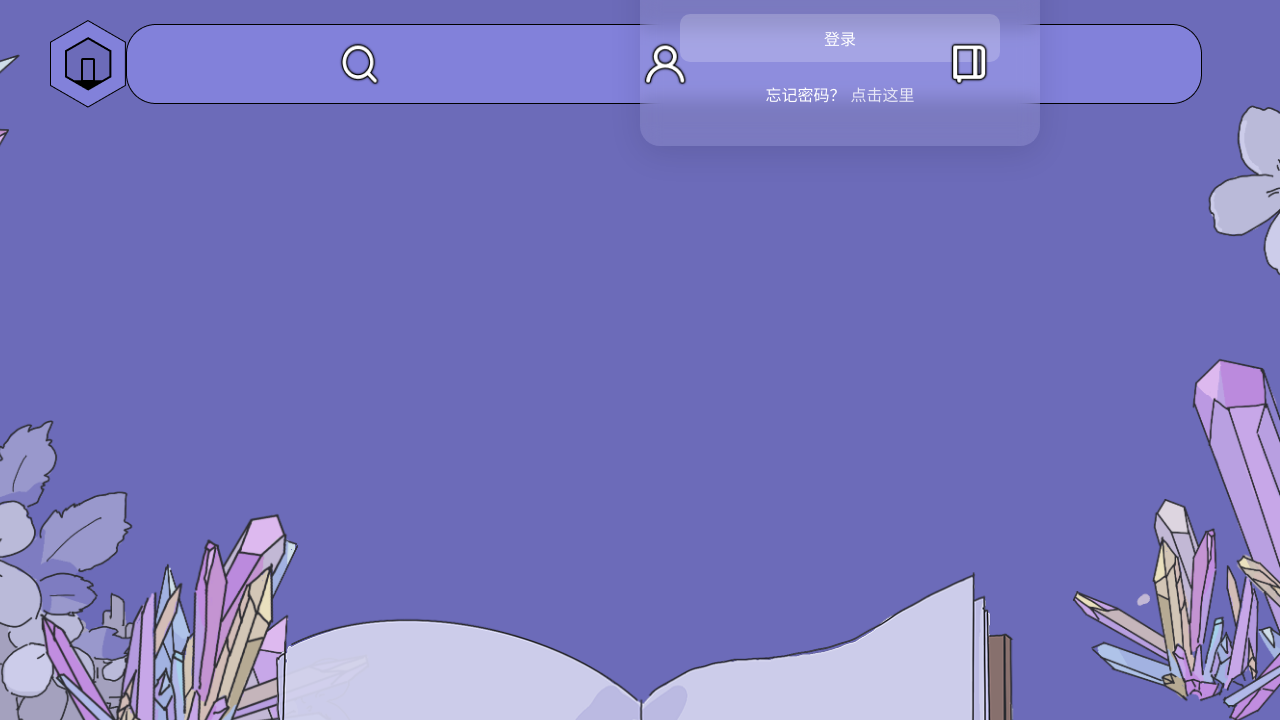
Repository: carolmmc/BabelLibrary
Page: find 登陆页.html
An editor plug-in stored every save of this project. The page is shown before and after the next save, followed by the edit.
The browser window is 1280 px wide. The pictures show the whole page.

Above is the page before, as saved 2025-05-08 23:07:49.

### find 登陆页.html
<!DOCTYPE html>
<html lang="zh-CN">
<head>
    <meta charset="UTF-8">
    <meta name="viewport" content="width=device-width, initial-scale=1.0">
    <style>
        * {
            margin: 0;
            padding: 0;
            box-sizing: border-box;
        }

        body {
            background: #6C6BB9;
            min-height: 100vh;
            font-family: 'PingFang SC', 'Microsoft YaHei', sans-serif;
        }

        .header {
            display: flex;
            justify-content: space-between;
            align-items: center;
            padding: 20px 50px;
            position: fixed;
            top: 0;
            left: 0;
            right: 0;
            z-index: 100;
        }

        .logo {
            width: 75.892px;
            height: 87.633px;
            flex-shrink: 0;
            object-fit: contain; /* 保持图片比例 */
        }

        /* 导航栏容器 */
        .nav-container {
            position: relative;
            width: 1076px;
            height: 80px;
        }

        /* 导航图标容器 */
        .nav-icons {
            position: absolute;
            top: 50%;
            left: 50%;
            transform: translate(-50%, -50%);
            display: flex;
            justify-content: space-between; /* 改用 space-between 实现均匀分布 */
            width: 60%; /* 控制图标分布的整体宽度范围 */
            z-index: 2;
        }

        /* 导航图标通用样式 */
        .nav-icon {
            flex-shrink: 0;
            cursor: pointer;
            filter: drop-shadow(0px 0px 1px #000);
            transition: transform 0.3s ease; /* 将过渡效果移到这里 */
        }

        /* 搜索图标 */
        .find-icon {
            width: 37px;
            height: 39px;
        }

        /* 我的图标 */
        .mine-icon {
            width: 40px;
            height: 39px;
        }

        /* 书架图标 */
        .shelf-icon {
            width: 34px;
            height: 39px;
        }

        /* 图标悬停效果 */
        .nav-icon:hover {
            transform: scale(1.1);
        }

        .content-center {
            position: absolute;
            top: 40%; /* 调整整体位置偏上一些 */
            left: 50%;
            transform: translate(-50%, -50%);
            text-align: center;
            width: 100%;
            display: flex;
            justify-content: center;
            align-items: center;
            height: 100vh;
        }
        /* 底部装饰图样式 */
        .bottom-decoration {
            position: fixed;
            bottom: 0;
            left: 50%;
            transform: translateX(-50%);  /* 居中定位 */
            width: 1526px;  /* 使用原始宽度 */
            height: 859px;  /* 使用原始高度 */
            background: url('homepage frame1.png') bottom center no-repeat;
            background-size: contain;  /* 确保图片完整显示 */
            z-index: 1;
            animation: breath-animation 4s ease-in-out infinite;
        }

        /* 添加第二个装饰图样式 */
        .decoration-frame2 {
            position: fixed;
            bottom: 0;
            left: 50%;
            transform: translateX(-50%);
            width: 775px;
            height: 155px;
            flex-shrink: 0;
            aspect-ratio: 5/1;
            background: url('homepageframe2.png') center no-repeat;
            background-size: contain;
            z-index: 2; /* 确保显示在第一个装饰图之上 */
            animation: breath-animation 4s ease-in-out infinite;
        }

        /* 修改呼吸动画 */
        @keyframes breath-animation {
            0%, 100% {
                opacity: 0.9;
                transform: translateX(-50%) scale(1);  /* 保持居中的同时缩放 */
            }
            50% {
                opacity: 1;
                transform: translateX(-50%) scale(1.02);
            }
        }

        .login-container {
            position: absolute;
            top: 50%;
            left: 50%;
            transform: translate(-50%, -50%); /* 保持居中 */
            /* 然后通过 margin 微调位置 */
            margin-top: -100px; /* 向上移动 */
            margin-left: 200px; /* 向右移动 */
            background: rgba(255, 255, 255, 0.1);
            backdrop-filter: blur(10px);
            padding: 40px;
            border-radius: 20px;
            box-shadow: 0 8px 32px rgba(0, 0, 0, 0.1);
            width: 400px;
            z-index: 3;
        }

        .form-group {
            margin-bottom: 25px;
        }

        .form-input {
            width: 100%;
            padding: 12px 20px;
            background: rgba(255, 255, 255, 0.1);
            border: 2px solid rgba(255, 255, 255, 0.2);
            border-radius: 10px;
            color: white;
            font-size: 16px;
            transition: all 0.3s ease;
        }

        .form-input:focus {
            outline: none;
            border-color: rgba(255, 255, 255, 0.5);
            background: rgba(255, 255, 255, 0.15);
        }

        .form-button {
            width: 100%;
            padding: 12px;
            background: rgba(255, 255, 255, 0.2);
            border: none;
            border-radius: 10px;
            color: white;
            font-size: 16px;
            cursor: pointer;
            transition: all 0.3s ease;
        }

        .form-button:hover {
            background: rgba(255, 255, 255, 0.3);
            transform: translateY(-2px);
        }

        .form-switch {
            text-align: center;
            margin-top: 20px;
            color: white;
        }

        .form-switch a {
            color: rgba(255, 255, 255, 0.8);
            text-decoration: none;
            margin-left: 5px;
        }

        .form-switch a:hover {
            text-decoration: underline;
        }

        .tab-container {
            display: flex;
            justify-content: center;
            margin-bottom: 30px;
        }

        .tab-button {
            padding: 10px 30px;
            background: none;
            border: none;
            color: white;
            font-size: 16px;
            cursor: pointer;
            opacity: 0.6;
            transition: all 0.3s ease;
        }

        .tab-button.active {
            opacity: 1;
            border-bottom: 2px solid white;
        }
    </style>
</head>
<body>
    <header class="header">
        <img src="logo.png" alt="巴别插画 Logo" class="logo">
        <div class="nav-container">
            <img src="navigate background.png" alt="导航栏" class="nav-background">
            <div class="nav-icons">
                <img src="find.png" alt="搜索" class="nav-icon find-icon">
                <img src="mine.png" alt="我的" class="nav-icon mine-icon">
                <img src="shelf.png" alt="书架" class="nav-icon shelf-icon">
            </div>
        </div>
        <div style="width: 150px;"></div>
    </div>
    <div class="content-center">
        <div class="login-container">
            <div class="tab-container">
                <button class="tab-button active" onclick="switchTab('login')">登录</button>
                <button class="tab-button" onclick="switchTab('register')">注册</button>
            </div>

            <!-- 登录表单 -->
            <form id="loginForm" class="form">
                <div class="form-group">
                    <input type="text" class="form-input" placeholder="用户名/邮箱" required>
                </div>
                <div class="form-group">
                    <input type="password" class="form-input" placeholder="密码" required>
                </div>
                <button type="submit" class="form-button">登录</button>
                <div class="form-switch">
                    忘记密码？<a href="#">点击这里</a>
                </div>
            </form>

            <!-- 注册表单 -->
            <form id="registerForm" class="form" style="display: none;">
                <div class="form-group">
                    <input type="email" class="form-input" placeholder="邮箱" required>
                </div>
                <div class="form-group">
                    <input type="text" class="form-input" placeholder="用户名" required>
                </div>
                <div class="form-group">
                    <input type="password" class="form-input" placeholder="密码" required>
                </div>
                <div class="form-group">
                    <input type="password" class="form-input" placeholder="确认密码" required>
                </div>
                <button type="submit" class="form-button">注册</button>
            </form>
        </div>
    </div>
    <div class="bottom-decoration"></div>
    <div class="decoration-frame2"></div>
</body>
</html>

After the next save:
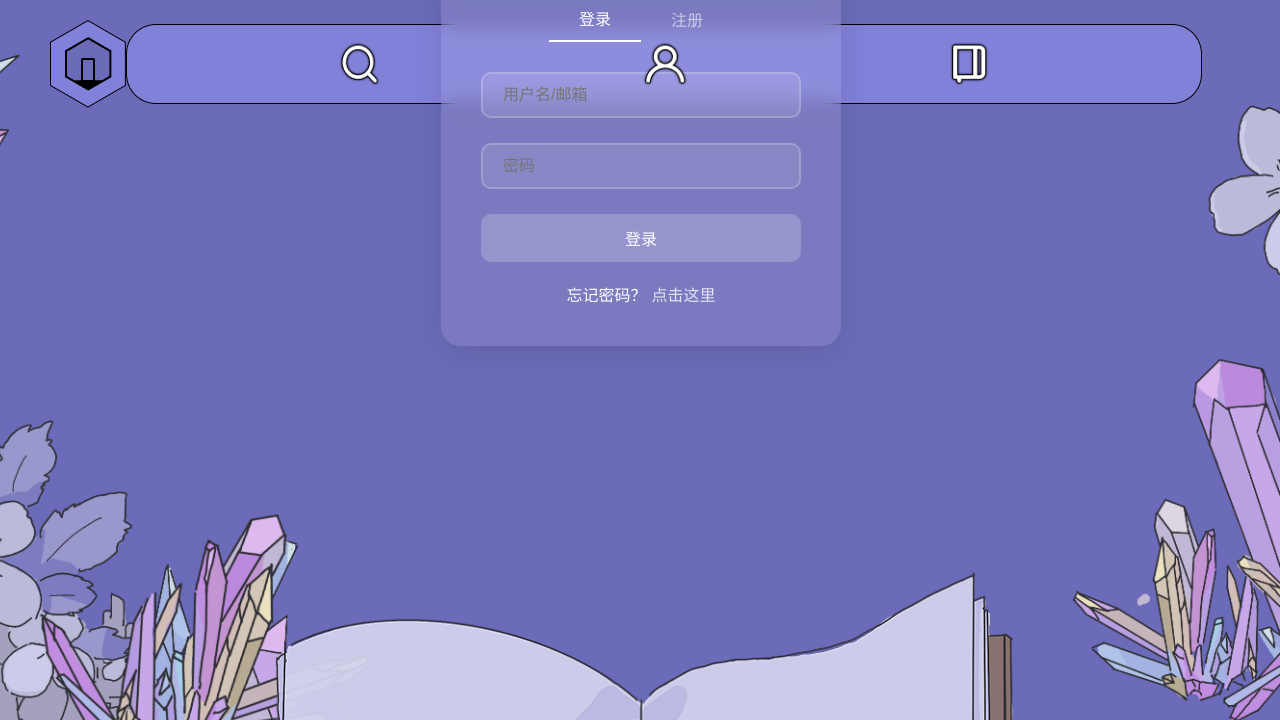
Saved 2 min 59 s later.
--- a/find 登陆页.html
+++ b/find 登陆页.html
@@ -145,8 +145,8 @@
             left: 50%;
             transform: translate(-50%, -50%); /* 保持居中 */
             /* 然后通过 margin 微调位置 */
-            margin-top: -100px; /* 向上移动 */
-            margin-left: 200px; /* 向右移动 */
+            margin-top: 100px; /* 向上移动 */
+            margin-left: 1px; /* 向右移动 */
             background: rgba(255, 255, 255, 0.1);
             backdrop-filter: blur(10px);
             padding: 40px;
